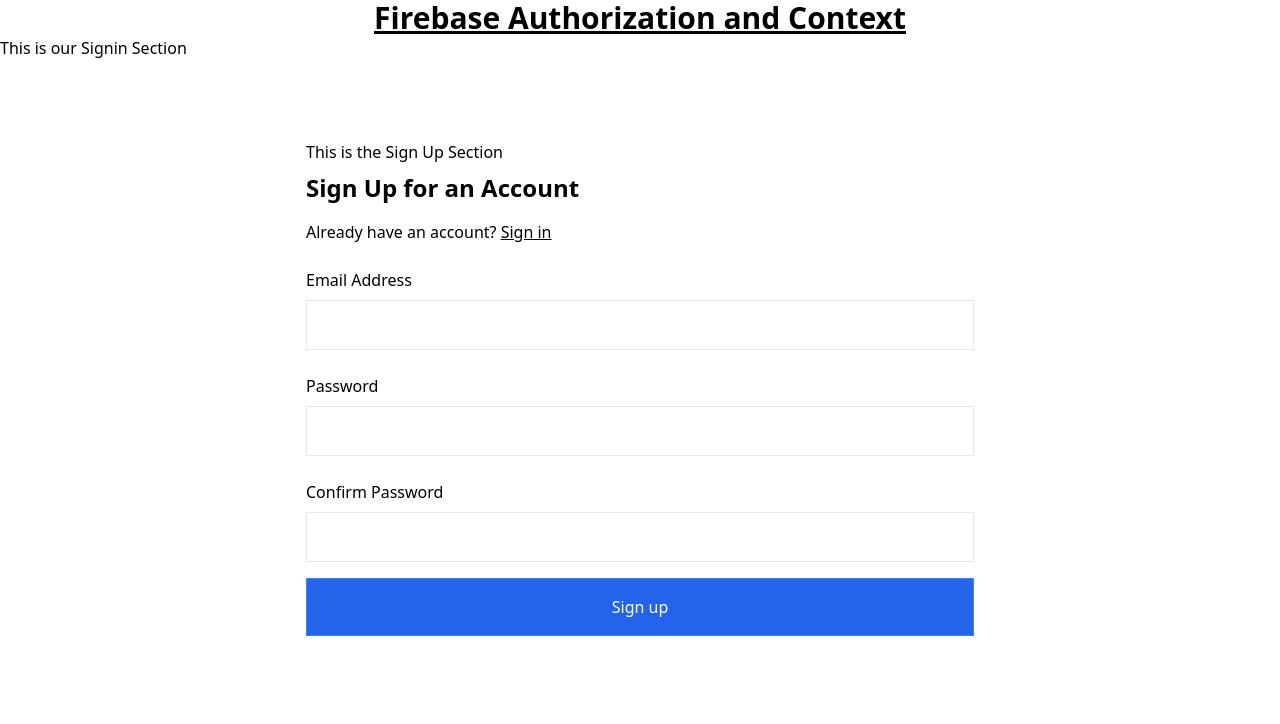
Repository: mottad14/practice_google_firebase
Page: /
These files come from the project's save history. The page is drawn as it stood at one moment and after the next save; the edit follows.
The browser window is 1280 px wide. The pictures show the whole page.
The project was rebuilt for these pictures with package versions that can differ from the ones it lists, and the page was loaded fresh each time. Also part of the build but not shown: src/components/Signup.jsx, src/components/Account.jsx.

Above is the page before, as saved 2022-07-27 09:22:55.

### src/index.js
import React from 'react';
import ReactDOM from 'react-dom/client';
import './index.css';
import App from './App';
import {BrowserRouter} from "react-router-dom"

const root = ReactDOM.createRoot(document.getElementById('root'))
root.render(
  <BrowserRouter>
    <App/>
  </BrowserRouter>);

### src/App.js
import React from "react";
import Signin from "./components/Signin";
import Signup from "./components/Signup";
import Account from "./components/Account"
import { Route, Routes } from "react-router-dom";

function App() {
  return (
    <div className="App">
          <h1 className="text-3xl text-center font-bold underline">
            Firebase Authorization and Context
            </h1>
            <Routes>
              <Route path="/" element={<Signin/>}  />
              <Route path="/signup" element={<Signup/>}  />
              <Route path="/account" element={<Account/>}  />
            </Routes>
    </div>
  );
}

export default App;

### src/components/Signin.jsx
import React from 'react'
import { Link } from 'react-router-dom'

const Signin = () => {
  return (
    <div>This is our Signin Section

      <div className='max-w-[700px] mx-auto my-16 p-4 '>

      This is the Sign Up Section
      <div>
          <h1 className='text-2xl font-bold py-2'>Sign Up for an Account</h1>
          <p className='py-2'>
            Already have an account? <Link to="/" className='underline'> Sign in </Link>
          </p>
      </div>

      <form>
          <div className='flex flex-col py-2'>
            <label className='py-2 font-medium' htmlFor=""> Email Address</label>
            <input className='border p-3' type="email"/>
          </div>
          <div className='flex flex-col py-2'>
            <label className='py-2 font-medium' htmlFor=""> Password</label>
            <input className='border p-3' type="password"/>
          </div>
          <div className='flex flex-col py-2'>
            <label className='py-2 font-medium' htmlFor=""> Confirm Password</label>
            <input className='border p-3' type="password"/>
          </div>
          <button className='border border-blue-500 bg-blue-600 hover:bg-blue-500 w-full p-4 my-2 text-white'>Sign up</button>

      </form>

    </div>

    </div>

  )
}

export default Signin

### tailwind.config.js
/** @type {import('tailwindcss').Config} */
module.exports = {
  content: [
    "./src/**/*.{js,jsx,ts,tsx}",
],
  theme: {
    extend: {},
  },
  plugins: [],
}

Loaded but not shown: public/index.html (common file); src/index.css (common file)

After the next save:
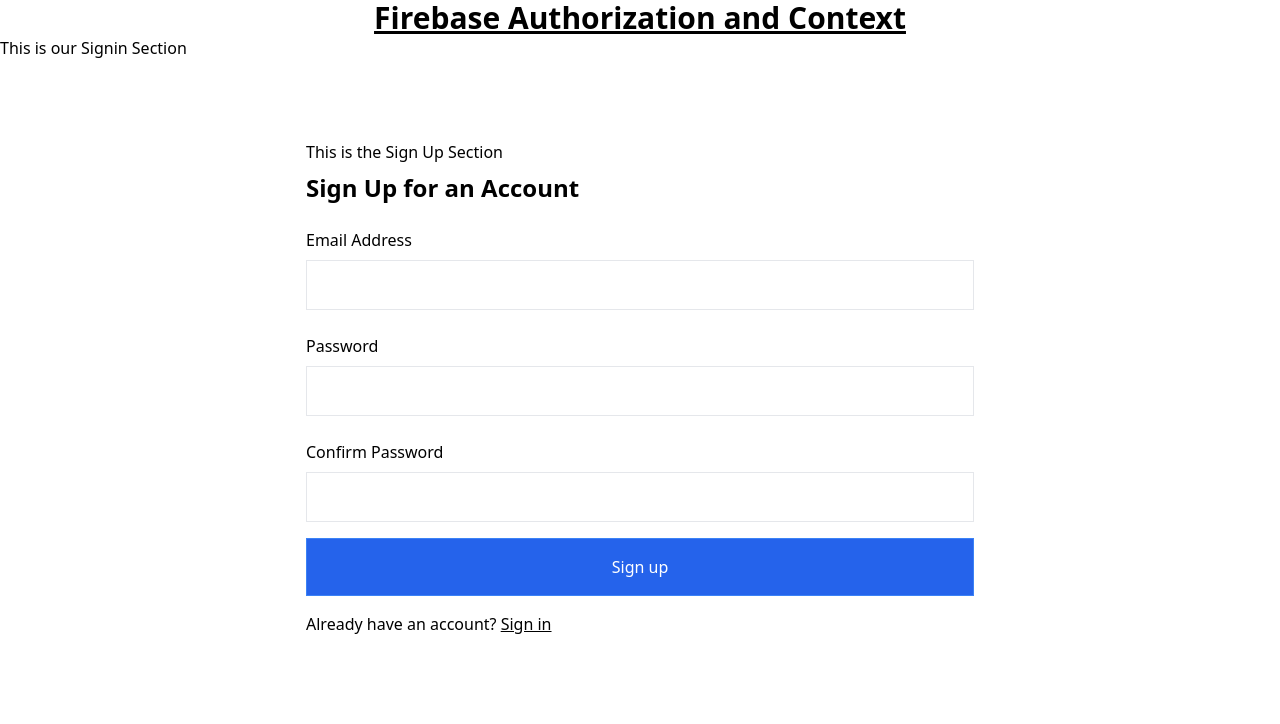
Saved 23 s later.
--- a/src/components/Signin.jsx
+++ b/src/components/Signin.jsx
@@ -10,9 +10,6 @@
       This is the Sign Up Section
       <div>
           <h1 className='text-2xl font-bold py-2'>Sign Up for an Account</h1>
-          <p className='py-2'>
-            Already have an account? <Link to="/" className='underline'> Sign in </Link>
-          </p>
       </div>
 
       <form>
@@ -29,6 +26,9 @@
             <input className='border p-3' type="password"/>
           </div>
           <button className='border border-blue-500 bg-blue-600 hover:bg-blue-500 w-full p-4 my-2 text-white'>Sign up</button>
+          <p className='py-2'>
+            Already have an account? <Link to="/" className='underline'> Sign in </Link>
+          </p>
 
       </form>
 
